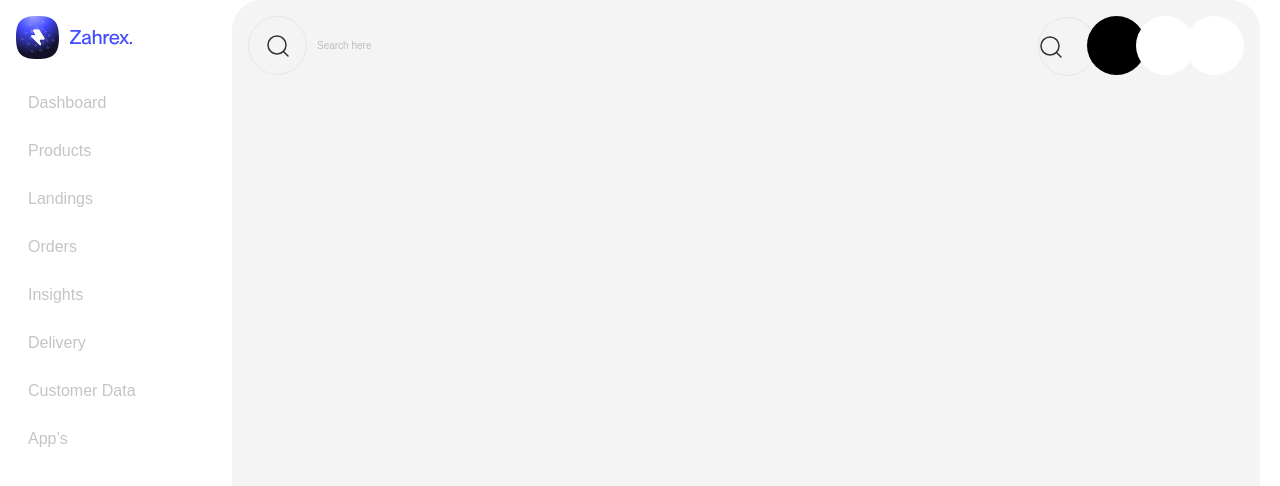
Repository: asba38295-web/zahrex-app
Page: /dashboard
These files come from the project's save history. The page is drawn as it stood at one moment and after the next save; the edit follows.
The browser window is 1280 px wide. The pictures show the whole page.
The project was rebuilt for these pictures with package versions that can differ from the ones it lists, and the page was loaded fresh each time. The framework's server and built-in components were replaced by stand-ins that run in the browser. Also part of the build but not shown: next.config.mjs, src/page/Dashboard/Dashboard.jsx.

Above is the page before, as saved 2025-11-28 21:53:23.

### src/app/dashboard/page.jsx
"use client";
import React, { useState } from "react";
import Image from "next/image";
import Dashboard from "../../page/Dashboard/Dashboard";

export default function DashboardShell() {
  const [activeTab, setActiveTab] = useState("Dashboard");
  const [mobileMenuOpen, setMobileMenuOpen] = useState(false);

  const NAV = [
    { key: "dashboard", label: "Dashboard" },
    { key: "products",  label: "Products" },
    { key: "landings",  label: "Landings" },
    { key: "orders", label: "Orders" },
    { key: "insights",      label: "Insights" },
    { key: "delivery",  label: "Delivery" },
    { key: "customerData",      label: "Customer Data" },
    { key: "apps",   label: "App’s" },

  ];

  return (
    <div className="flex gap-1">
     {/* Sidebar */}

     <aside
     className={` inset-y-0 left-0 z-30 w-52  backdrop-blur p-4 transition-transform md:translate-x-0 ${
       mobileMenuOpen ? "translate-x-0" : "-translate-x-full md:translate-x-0"
     }`}
   >
     <div className="flex items-center justify-between mb-6">
       <div className="flex items-center gap-2">
         <img src="logoz.svg" alt="" />
       </div>
       <button
         onClick={() => setMobileMenuOpen(false)}
         className="md:hidden inline-flex items-center justify-center h-9 w-9 rounded-full border"
         aria-label="Close menu"
       >
         ×
       </button>
     </div>

     <nav className="space-y-2">
       {NAV.map((item) => (
         <button
           key={item.key}
           onClick={() => setActiveTab(item.key)}
           className={`w-full text-[#C4C4C4] text-left px-3 py-2 rounded-xl ${
             activeTab === item.key
               ? " text-black  border-black"
               : "hover:bg-gray-100"
           }`}
         >
           {item.label}
         </button>
       ))}
     </nav>

     {/* Main */}
     <main className=" flex-1 md:ml-72 p-4">
        {/* Top bar */}
        <div className="flex items-center justify-between gap-2 mb-4">
          <button
            onClick={() => setMobileMenuOpen(true)}
            className="md:hidden inline-flex items-center justify-center h-10 w-10 rounded-xl border bg-white"
            aria-label="Open menu"
          >
            ☰
          </button>
          <h1 className="text-xl font-semibold">{titleForTab(activeTab)}</h1>
          <div className="hidden md:block" />
        </div>

        {/* 🧩 المحتوى: خاوي دابا — ركب فيه كومبونوناتك من بعد */}
        {/* <EmptyPanel /> */}

        {/*
          🔌 منين تبغي تركّب كومبونونت:
          import OrdersTable from "@/componentsDashboard/orders/OrdersTable";
          ثم بدّل <EmptyPanel /> بـ:
          {activeTab === "orders" && <OrdersTable />}
          وهاكذا لباقي التابات...
        */}
      </main>
   </aside>



    <div className="w-screen h-full px-5">
    <div className="min-h-screen w-full bg-[#F4F4F4] p-4 rounded-[30px] flex">
     <div className="flex gap-[10px]">
     <button className="w-[59px] h-[59px] border border-[#E6E6E6] rounded-full flex justify-center items-center">
        <Image width={24} height={24} src={"icons/search.svg"} />
    </button>
       <input
       placeholder="Search here"
       type="text"

       className="text-[#8A8A8A] w-[100px] h-[39px] rounded-full mt-[10px] text-[10px]" />
     </div>
     <div className="flex w-full justify-end ">
      <div className=" -space-x-[10px]">
        {/* ADD */}
      <button className="w-[59px] h-[59px] border border-[#E6E6E6] rounded-full justify-center items-center ">
      <Image width={24} height={24} src={"icons/search.svg"} />

      </button>
      <button className="bg-black w-[59px] h-[59px] rounded-full "></button>
      <button className="bg-white w-[59px] h-[59px] rounded-full "></button>
      <button className="bg-white w-[59px] h-[59px] rounded-full "></button>
      </div>
    </div>

    </div>



    </div>
    </div>
  );
}

function titleForTab(key) {
  switch (key) {
    case "dashboard": return < Dashboard />;
    case "orders": return "Orders22";
    case "services": return "Services";
    case "closed": return "Closed";
    case "paid": return "Paid";
    case "products": return "Products";
    case "delivery": return "Delivery";
    case "customers": return "Customers";
    case "meta": return "Meta";
    case "whatsapp": return "Whatsapp";
    case "team": return "Team";
    case "finance": return "Finance";
    case "email": return "Email";
  }
}

// function EmptyPanel() {
//   return (
//     <div className="grid place-items-center h-[60vh] rounded-2xl border bg-white text-gray-500">
//       <div className="text-center space-y-2">
//         <div className="text-sm uppercase tracking-wide text-gray-400">Empty</div>
//         <p className="text-base">ركّب الكومبونونت ديالك هنا من بعد.</p>
//       </div>
//     </div>
//   );
// }

Loaded but not shown: src/app/layout.js (common file); src/app/globals.css (common file)

After the next save:
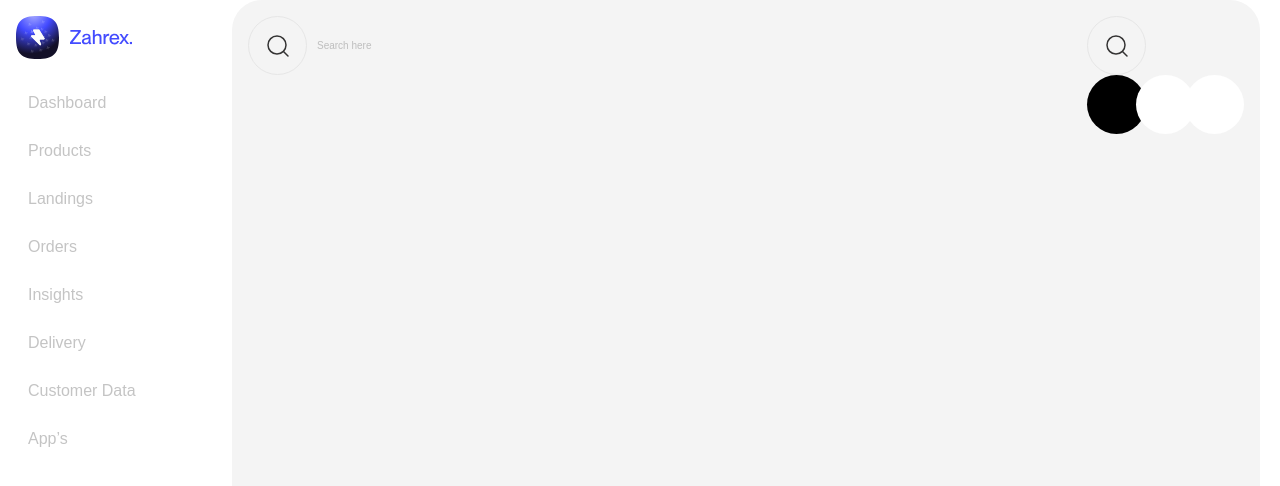
Saved 17 s later.
--- a/src/app/dashboard/page.jsx
+++ b/src/app/dashboard/page.jsx
@@ -102,7 +102,7 @@
      <div className="flex w-full justify-end ">
       <div className=" -space-x-[10px]">
         {/* ADD */}
-      <button className="w-[59px] h-[59px] border border-[#E6E6E6] rounded-full justify-center items-center ">
+      <button className="w-[59px] h-[59px] flex border border-[#E6E6E6] rounded-full justify-center items-center ">
       <Image width={24} height={24} src={"icons/search.svg"} />
 
       </button>

After the save that followed:
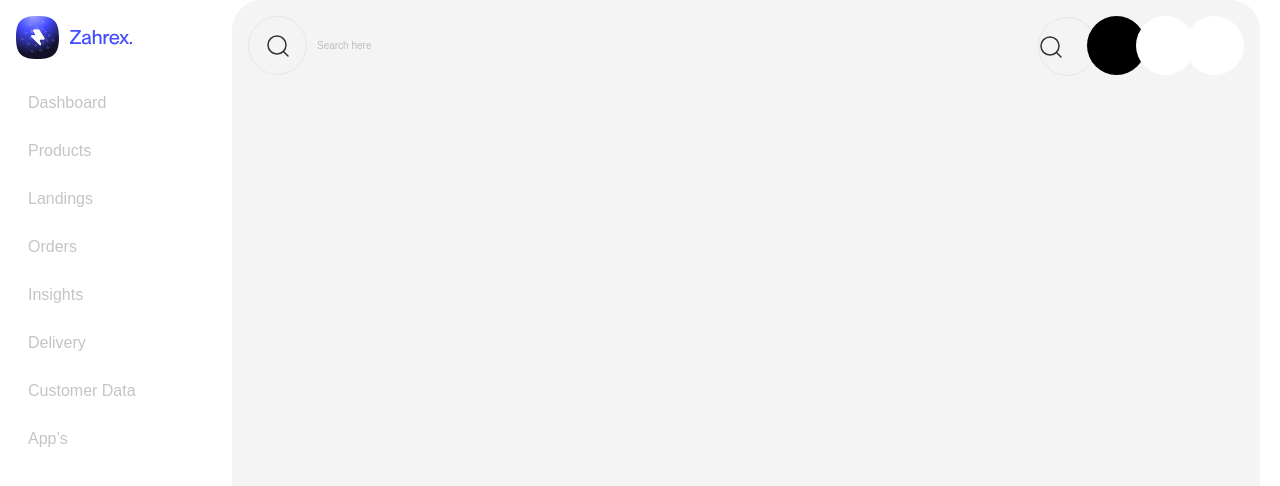
Saved 22 s later.
--- a/src/app/dashboard/page.jsx
+++ b/src/app/dashboard/page.jsx
@@ -102,7 +102,7 @@
      <div className="flex w-full justify-end ">
       <div className=" -space-x-[10px]">
         {/* ADD */}
-      <button className="w-[59px] h-[59px] flex border border-[#E6E6E6] rounded-full justify-center items-center ">
+      <button className="w-[59px] h-[59px]  border border-[#E6E6E6] rounded-full justify-center items-center ">
       <Image width={24} height={24} src={"icons/search.svg"} />
 
       </button>
